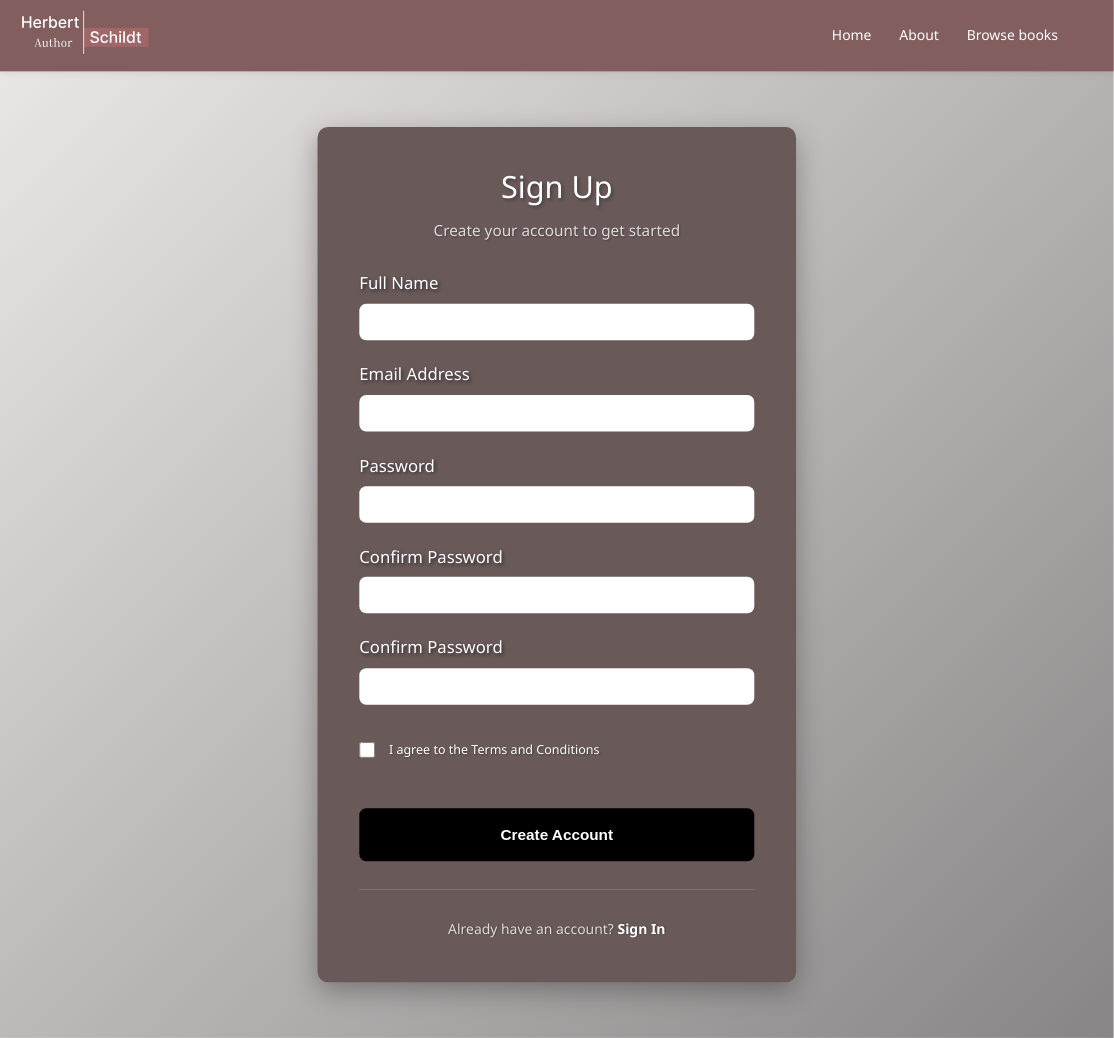
Repository: Darkrepo23/Author-Website-
Page: pages/signup.html
The author's editor kept a copy of each file at every save. The page is drawn from the files as they stood at one save, then again after the next save.
The browser window is 1280 px wide. The pictures show the whole page, at 87% of full size.

Above is the page before, as saved 2025-09-23 12:50:22.
Console error: SyntaxError: Unexpected token ':'

After the next save:
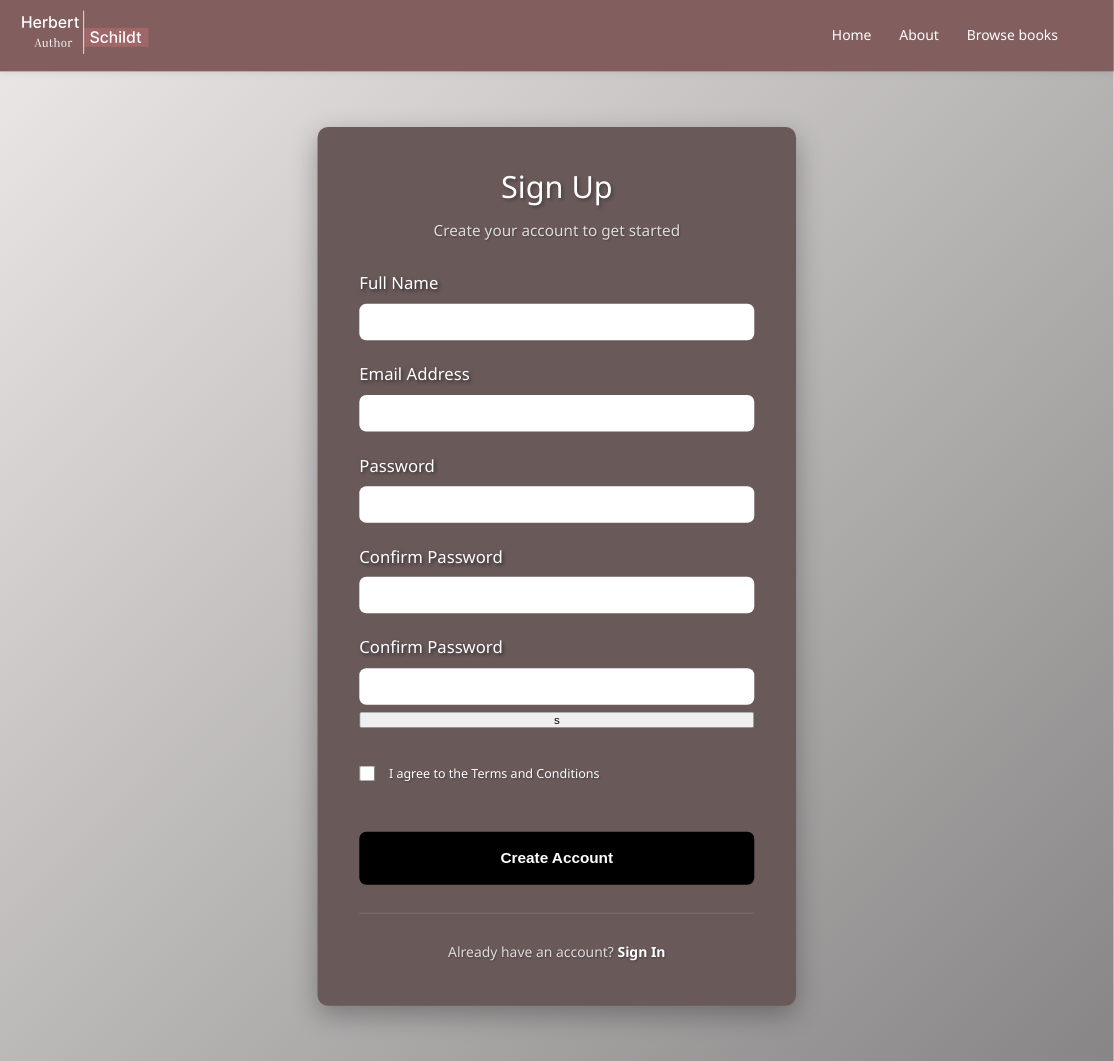
Saved 18 s later.
--- a/pages/signup.html
+++ b/pages/signup.html
@@ -55,7 +55,8 @@
 
                     <div class="form-group">
                         <label for="OTP-confirmation">Confirm Password</label>
-                        <input type="password" id="Ot" name="confirmPassword" required>
+                        <input type="password" id="OTP-confirmation" name="confirmPassword" required>
+                        <button>s</button>
                     </div>
 
                     <div class="form-options">
